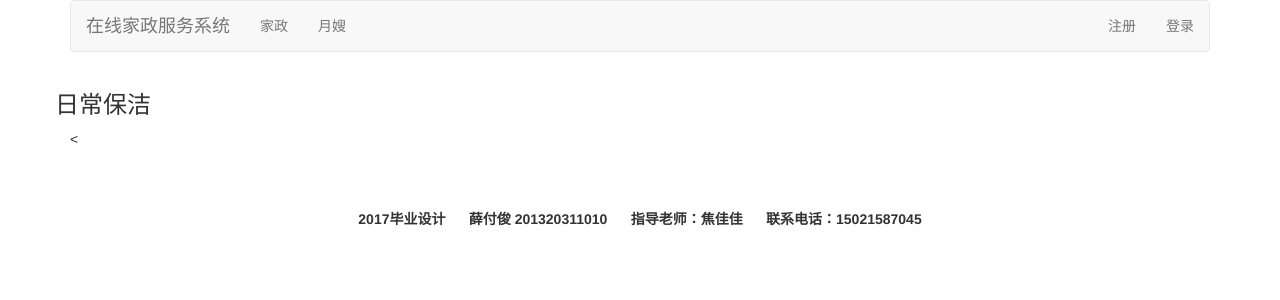
Repository: ELeonCXFJ/MyEclipseWS
Page: http://localhost/MyWeb/jsps/product/keeper/dailywork.jsp
An editor plug-in stored every save of this project. The page is shown before and after the next save, followed by the edit.
The browser window is 1280 px wide. The pictures show the whole page.
The page is served by Tomcat 9. Nobody is signed in. The application's start-up code is not run.

Above is the page before, as saved 2017-03-21 04:12:48.

After the next save:
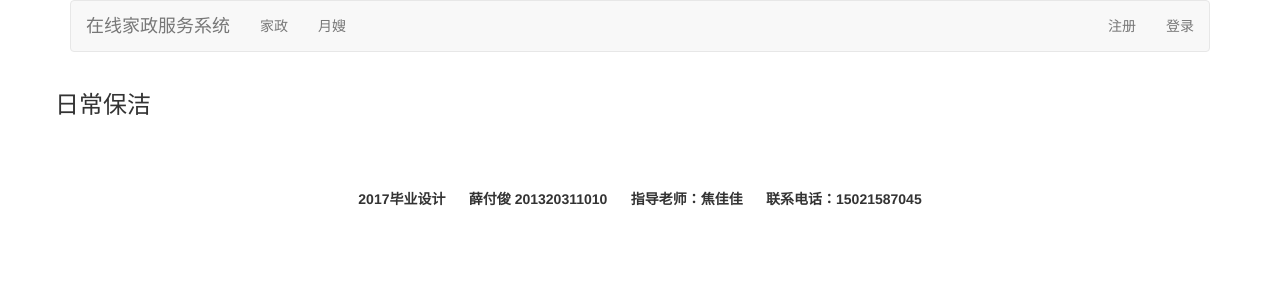
Saved 13 s later.
--- a/MyWeb/WebRoot/jsps/product/keeper/dailywork.jsp
+++ b/MyWeb/WebRoot/jsps/product/keeper/dailywork.jsp
@@ -21,7 +21,7 @@
 
 		</div>
 
-	</div> <
+	</div>
 </div>	<!-- container -->
 	<c:import url="/bottom.jsp"></c:import>
 </body>
